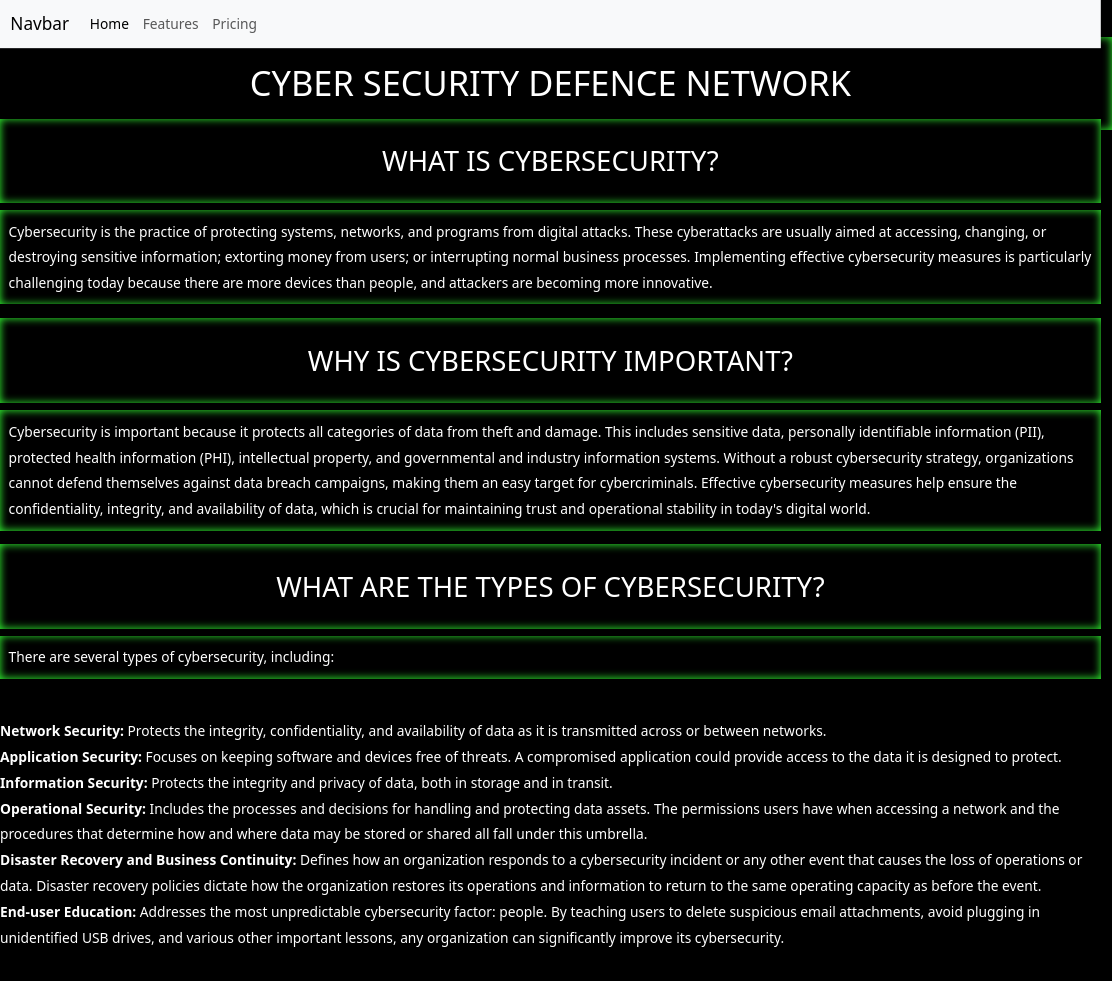
Repository: newworldhost/nwh
Page: index.html
The author's editor kept a copy of each file at every save. The page is drawn from the files as they stood at one save, then again after a run of saves.
The browser window is 1280 px wide. The page is 1293 px wide, so the pictures cover 1293 px, including what lies to the right of the window. The pictures show the whole page, at 86% of full size.

Above is the page before, as saved 2025-03-04 16:03:51.

### index.html
<!DOCTYPE html>
<html lang="en">
<head>
    <meta charset="UTF-8">
    <meta name="viewport" content="width=device-width, initial-scale=1.0">
    <meta name="author" content="cyber security defence network">
    <meta name="description" content="cyber security defence network">
    <meta name="keywords" content="cyber security defence network">
    <link href="https://cdn.jsdelivr.net/npm/bootstrap@5.3.3/dist/css/bootstrap.min.css" rel="stylesheet" integrity="sha384-QWTKZyjpPEjISv5WaRU9OFeRpok6YctnYmDr5pNlyT2bRjXh0JMhjY6hW+ALEwIH" crossorigin="anonymous">

    <link rel="stylesheet" href="style.css">
    <title>cyber security defence network</title>
</head>
<body>
    <header>
        <nav class="navbar navbar-expand-lg bg-body-tertiary data-bs-theme="dark" ">            <div class="container-fluid">
              <a class="navbar-brand" href="#">Navbar</a>
              <button class="navbar-toggler" type="button" data-bs-toggle="collapse" data-bs-target="#navbarNavAltMarkup" aria-controls="navbarNavAltMarkup" aria-expanded="false" aria-label="Toggle navigation">
                <span class="navbar-toggler-icon"></span>
              </button>
              <div class="collapse navbar-collapse" id="navbarNavAltMarkup">
                <div class="navbar-nav">
                  <a class="nav-link active" aria-current="page" href="#">Home</a>
                  <a class="nav-link" href="#">Features</a>
                  <a class="nav-link" href="#">Pricing</a>

                </div>
              </div>
            </div>
          </nav>
    <h1>cyber security defence network</h1>

    <h2>What is cybersecurity?</h2>
    <p>Cybersecurity is the practice of protecting systems, networks, and programs from digital attacks. These cyberattacks are usually aimed at accessing, changing, or destroying sensitive information; extorting money from users; or interrupting normal business processes. Implementing effective cybersecurity measures is particularly challenging today because there are more devices than people, and attackers are becoming more innovative.</p>
    <h2>Why is cybersecurity important?</h2>
    <p>Cybersecurity is important because it protects all categories of data from theft and damage. This includes sensitive data, personally identifiable information (PII), protected health information (PHI), intellectual property, and governmental and industry information systems. Without a robust cybersecurity strategy, organizations cannot defend themselves against data breach campaigns, making them an easy target for cybercriminals. Effective cybersecurity measures help ensure the confidentiality, integrity, and availability of data, which is crucial for maintaining trust and operational stability in today's digital world.</p>
    <h2>What are the types of cybersecurity?</h2>
    <p>There are several types of cybersecurity, including:</p>
    <ul>
        <li><strong>Network Security:</strong> Protects the integrity, confidentiality, and availability of data as it is transmitted across or between networks.</li>
        <li><strong>Application Security:</strong> Focuses on keeping software and devices free of threats. A compromised application could provide access to the data it is designed to protect.</li>
        <li><strong>Information Security:</strong> Protects the integrity and privacy of data, both in storage and in transit.</li>
        <li><strong>Operational Security:</strong> Includes the processes and decisions for handling and protecting data assets. The permissions users have when accessing a network and the procedures that determine how and where data may be stored or shared all fall under this umbrella.</li>
        <li><strong>Disaster Recovery and Business Continuity:</strong> Defines how an organization responds to a cybersecurity incident or any other event that causes the loss of operations or data. Disaster recovery policies dictate how the organization restores its operations and information to return to the same operating capacity as before the event.</li>
        <li><strong>End-user Education:</strong> Addresses the most unpredictable cybersecurity factor: people. By teaching users to delete suspicious email attachments, avoid plugging in unidentified USB drives, and various other important lessons, any organization can significantly improve its cybersecurity.</li>
    </ul>
    <script src="https://cdn.jsdelivr.net/npm/bootstrap@5.3.3/dist/js/bootstrap.bundle.min.js" integrity="sha384-YvpcrYf0tY3lHB60NNkmXc5s9fDVZLESaAA55NDzOxhy9GkcIdslK1eN7N6jIeHz" crossorigin="anonymous"></script>
</body>
</html>

### style.css
h1 {
    text-align: center;
    background-color: black;
    color: white;
    padding: 30px;
    text-transform: uppercase;
    box-shadow: inset 0 0 10px #33ff33;
    margin: -13px;
}
h2 {
    text-align: center;
    background-color: black;
    color: white;
    padding: 30px;
    text-transform: uppercase;
    box-shadow: inset 0 0 10px #33ff33;
}
p {
    background-color: black;
    color: white;
    padding: 10px;
    box-shadow: inset 0 0 10px #33ff33;
    line-height: 30px;
    list-style-type: none;
}
body {
    background-color: black;
}
/* navigation */
ul {
    background-color: black;
    color: white;
    padding: 10px;
    line-height: 30px;
    list-style-type: none;
    display: inline;
}

After the next 4 saves:
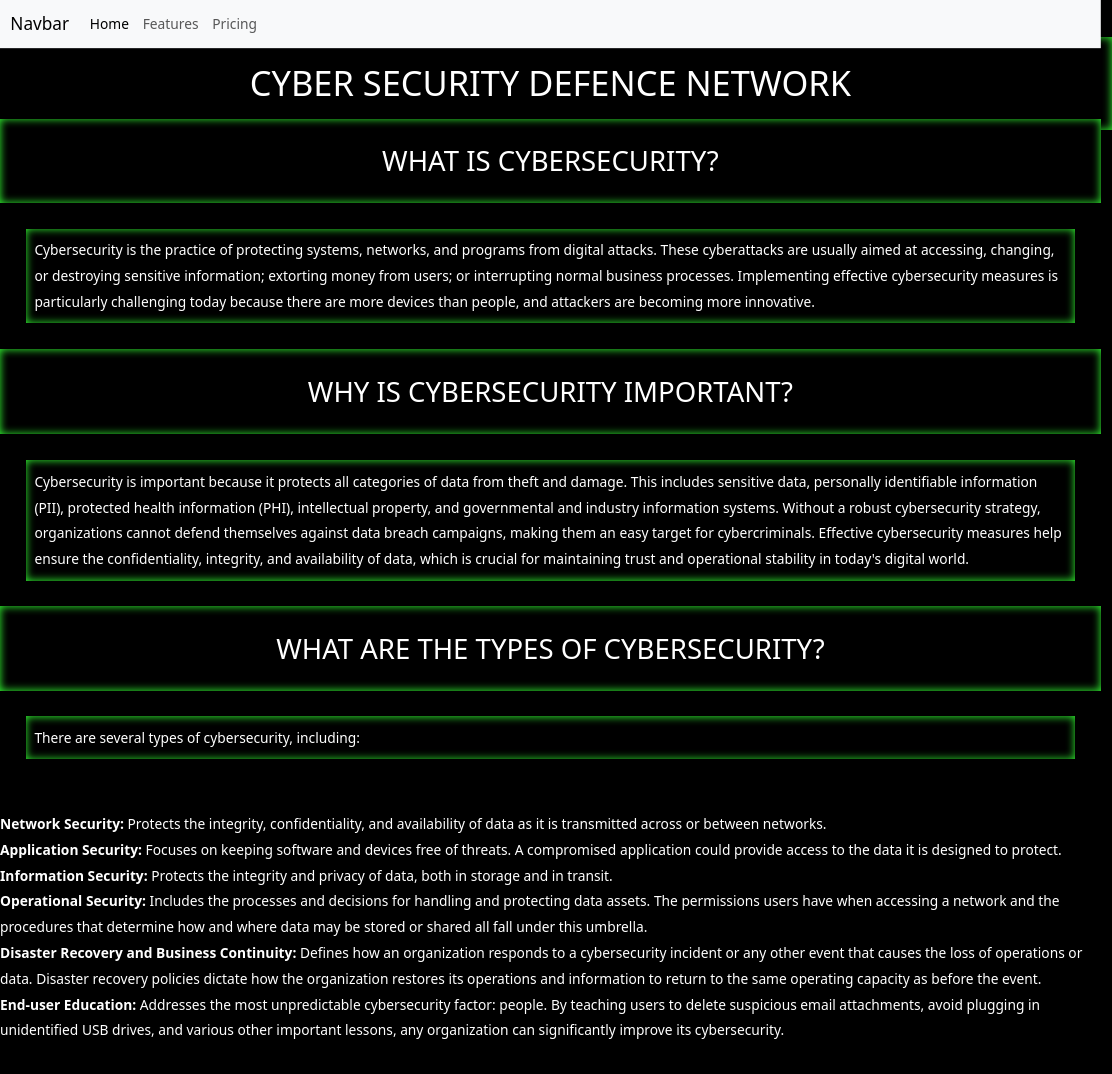
The 4 saves are shown as one change because they came seconds apart.
The last was saved 72 s later.
--- a/style.css
+++ b/style.css
@@ -22,6 +22,7 @@ p {
     box-shadow: inset 0 0 10px #33ff33;
     line-height: 30px;
     list-style-type: none;
+    margin: 30px
 }
 body {
     background-color: black;
